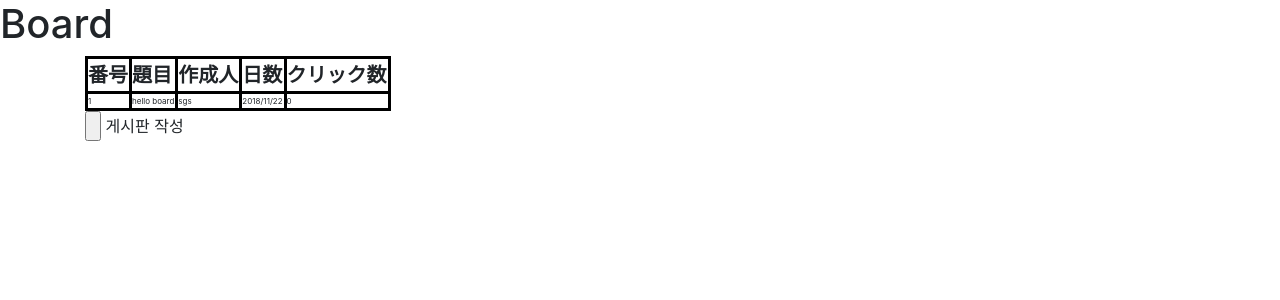
Repository: songgisung/study_web
Page: 20181126/test/board/WebContent/board.html
The author's editor kept a copy of each file at every save. The page is drawn from the files as they stood at one save, then again after the next save.
The browser window is 1280 px wide. The pictures show the whole page.

Above is the page before, as saved 2018-11-26 02:29:57.

### 20181126/test/board/WebContent/board.html
<!DOCTYPE html>
<html>
	<head>
		<meta charset="UTF-8">
		<meta name="viewport" content="width=device-width, initial-scale=1, shrink-to-fit=no">
		<title>Insert title here</title>

		<link rel="stylesheet" href="https://stackpath.bootstrapcdn.com/bootstrap/4.1.3/css/bootstrap.min.css" integrity="sha384-MCw98/SFnGE8fJT3GXwEOngsV7Zt27NXFoaoApmYm81iuXoPkFOJwJ8ERdknLPMO" crossorigin="anonymous">
		<link rel="stylesheet" href="css/board.css">
	</head>
<body>
	<h1>Board</h1>
	<div class="container">
		<table class="table_">
			<tr>
				<th>番号</th>
				<th>題目</th>
				<th>作成人</th>
				<th>日数</th>
				<th>クリック数</th>
			</tr>
			<tr>
				<td>1</td>
				<td>hello board</td>
				<td>sgs</td>
				<td>2018/11/22</td>
				<td>0</td>
			</tr>
		</table>
		<input type="button" name="게시판작성">
		<from action="BoardWriter.html" method="post">게시판 작성</from>
	</div>
	<script src="https://code.jquery.com/jquery-3.3.1.slim.min.js" integrity="sha384-q8i/X+965DzO0rT7abK41JStQIAqVgRVzpbzo5smXKp4YfRvH+8abtTE1Pi6jizo" crossorigin="anonymous"></script>
	<script src="https://cdnjs.cloudflare.com/ajax/libs/popper.js/1.14.3/umd/popper.min.js" integrity="sha384-ZMP7rVo3mIykV+2+9J3UJ46jBk0WLaUAdn689aCwoqbBJiSnjAK/l8WvCWPIPm49" crossorigin="anonymous"></script>
	<script src="https://stackpath.bootstrapcdn.com/bootstrap/4.1.3/js/bootstrap.min.js" integrity="sha384-ChfqqxuZUCnJSK3+MXmPNIyE6ZbWh2IMqE241rYiqJxyMiZ6OW/JmZQ5stwEULTy" crossorigin="anonymous"></script>
</body>
</html>

### 20181126/test/board/WebContent/css/board.css
@charset "UTF-8";

.table_{

	margin:0px;
	font-size: 20px;
}
.cell{

}

.table_ th{
	padding-left: 0px;
	margin:10px;
	border:3px black solid;
	font-szie :10px
}
.table_ td{
	padding-left: 0px;
	margin:10px;
	border:3px black solid;
	font-size:8px
}

After the next save:
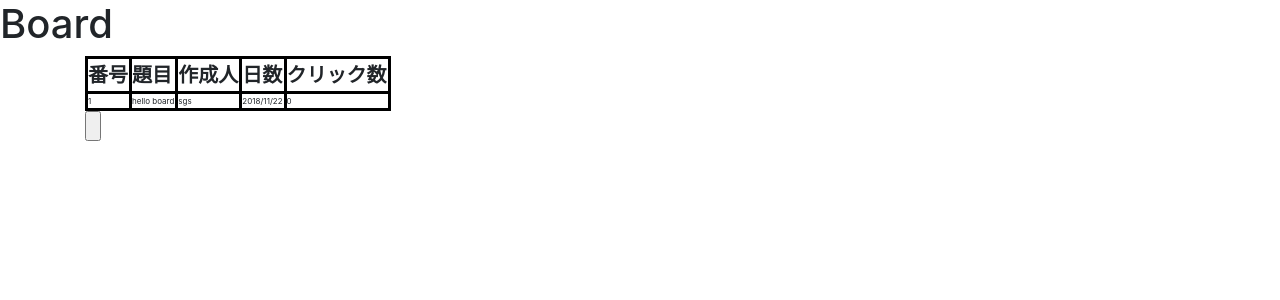
Saved 100 s later.
--- a/20181126/test/board/WebContent/board.html
+++ b/20181126/test/board/WebContent/board.html
@@ -3,7 +3,7 @@
 	<head>
 		<meta charset="UTF-8">
 		<meta name="viewport" content="width=device-width, initial-scale=1, shrink-to-fit=no">
-		<title>Insert title here</title>
+		<title>게시판</title>
 
 		<link rel="stylesheet" href="https://stackpath.bootstrapcdn.com/bootstrap/4.1.3/css/bootstrap.min.css" integrity="sha384-MCw98/SFnGE8fJT3GXwEOngsV7Zt27NXFoaoApmYm81iuXoPkFOJwJ8ERdknLPMO" crossorigin="anonymous">
 		<link rel="stylesheet" href="css/board.css">
@@ -27,8 +27,8 @@
 				<td>0</td>
 			</tr>
 		</table>
-		<input type="button" name="게시판작성">
-		<from action="BoardWriter.html" method="post">게시판 작성</from>
+		<input type="button" name="게시판작성" onclick>
+		<from action="BoardWriter.html" method="post"></from>
 	</div>
 	<script src="https://code.jquery.com/jquery-3.3.1.slim.min.js" integrity="sha384-q8i/X+965DzO0rT7abK41JStQIAqVgRVzpbzo5smXKp4YfRvH+8abtTE1Pi6jizo" crossorigin="anonymous"></script>
 	<script src="https://cdnjs.cloudflare.com/ajax/libs/popper.js/1.14.3/umd/popper.min.js" integrity="sha384-ZMP7rVo3mIykV+2+9J3UJ46jBk0WLaUAdn689aCwoqbBJiSnjAK/l8WvCWPIPm49" crossorigin="anonymous"></script>
